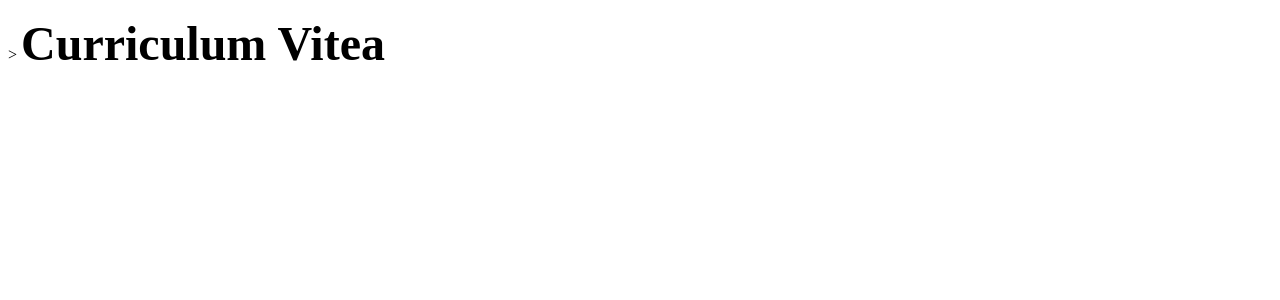
Repository: aysedo/html
Page: Week_2/profile/index.html
The author's editor kept a copy of each file at every save. The page is drawn from the files as they stood at one save, then again after the next save.
The browser window is 1280 px wide. The pictures show the whole page.

Above is the page before, as saved 2021-08-25 19:33:17.

### Week_2/profile/index.html
<!DOCTYPE html>
<html lang="en">
  <head>
    <meta charset="UTF-8" />
    <meta http-equiv="X-UA-Compatible" content="IE=edge" />
    <meta name="viewport" content="width=device-width, initial-scale=1.0" />
    <title>Document</title>
  </head>
  <body>
    <titel>
      <p align="center" ></p> > <b><font size="13">Curriculum Vitea </font></b></p>

    </titel>
    </table>
  </body>
</html>

After the next save:
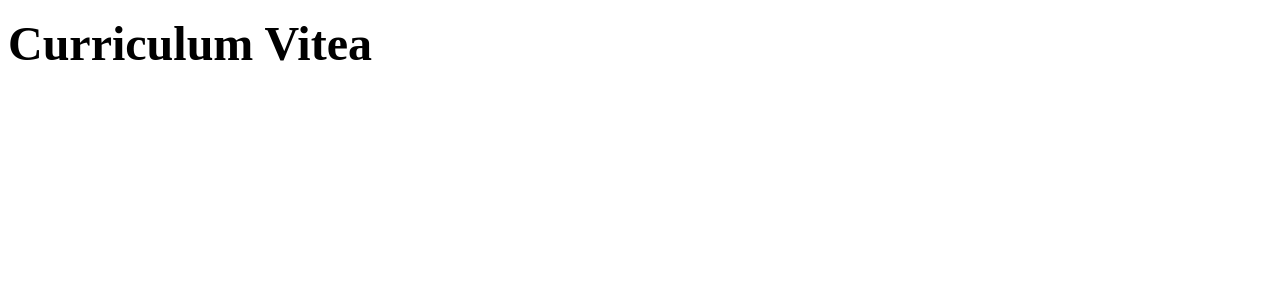
Saved 14 s later.
--- a/Week_2/profile/index.html
+++ b/Week_2/profile/index.html
@@ -8,7 +8,7 @@
   </head>
   <body>
     <titel>
-      <p align="center" ></p> > <b><font size="13">Curriculum Vitea </font></b></p>
+      <p align="center" ></p><b><font size="13">Curriculum Vitea </font></b></p>
 
     </titel>
     </table>
